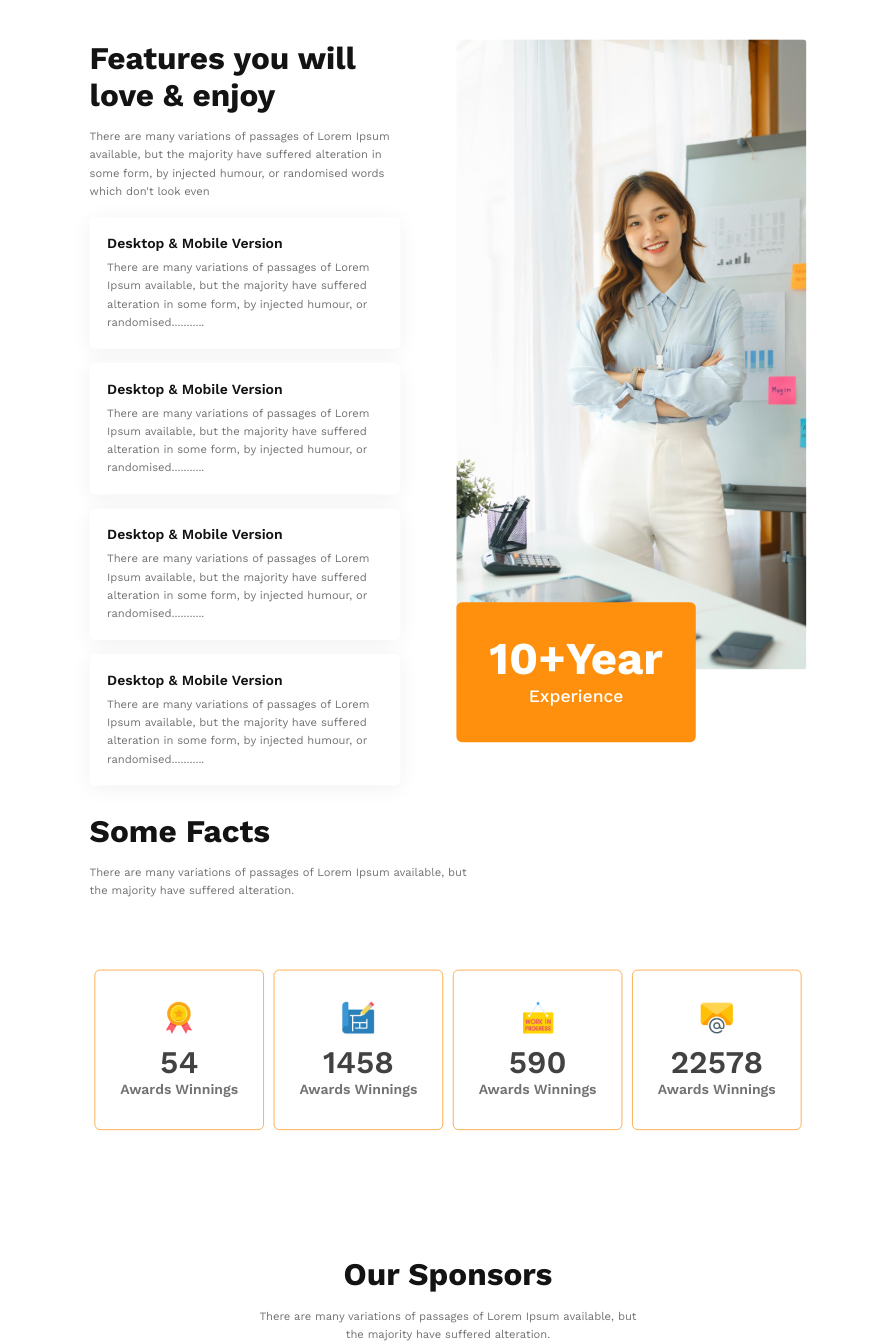
Repository: ShouravAhammed/G3-architects-webpage
Page: index.html
An editor plug-in stored every save of this project. The page is shown before and after the next save, followed by the edit.
The browser window is 1280 px wide. The pictures show the part of the page from y = 1685 to 3605 px (the page is 3954 px tall), at 70% of full size.

Above is the page before, as saved 2024-01-13 18:07:26.

After the next save:
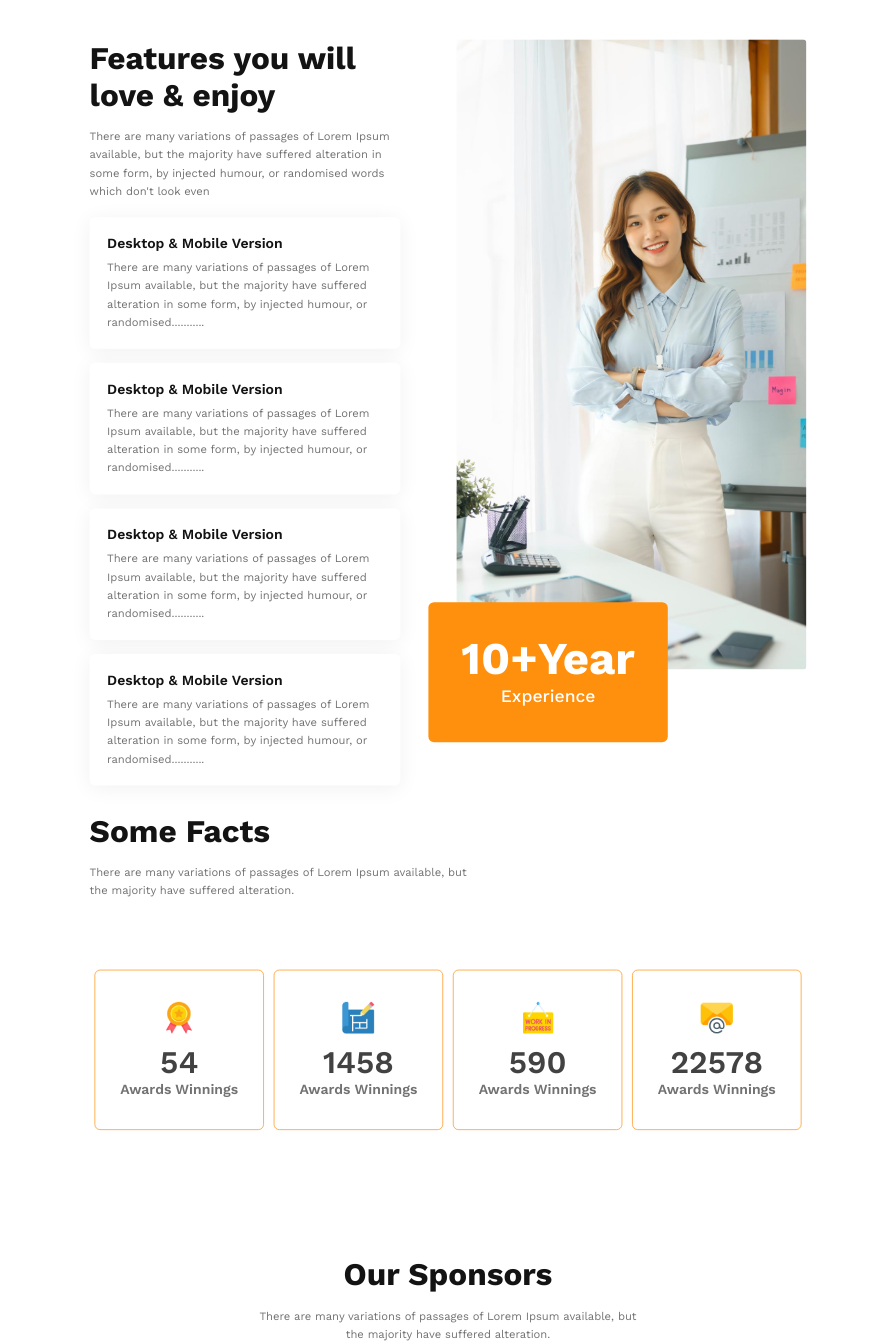
Saved 25 s later.
--- a/styles/style.css
+++ b/styles/style.css
@@ -171,6 +171,7 @@
     text-align: center;
     padding: 45px 42px;
     position: relative;
+    left: -40px;
     bottom: 100px;
 }
 .ten-years-badge .ten-years-title{
